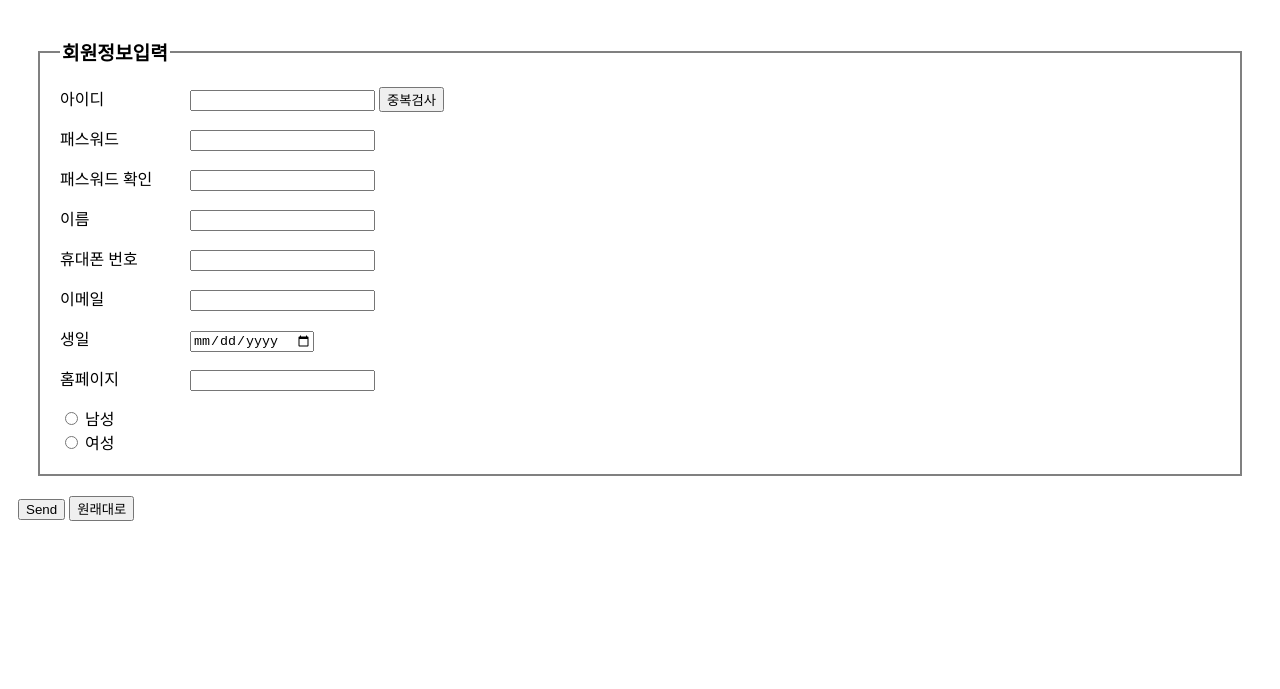
Repository: jeje0130/html
Page: webpro/WebContent/webshop/register.html
An editor plug-in stored every save of this project. The page is shown before and after the next save, followed by the edit.
The browser window is 1280 px wide. The pictures show the whole page.

Above is the page before, as saved 2021-01-13 11:37:00.

After the next save:
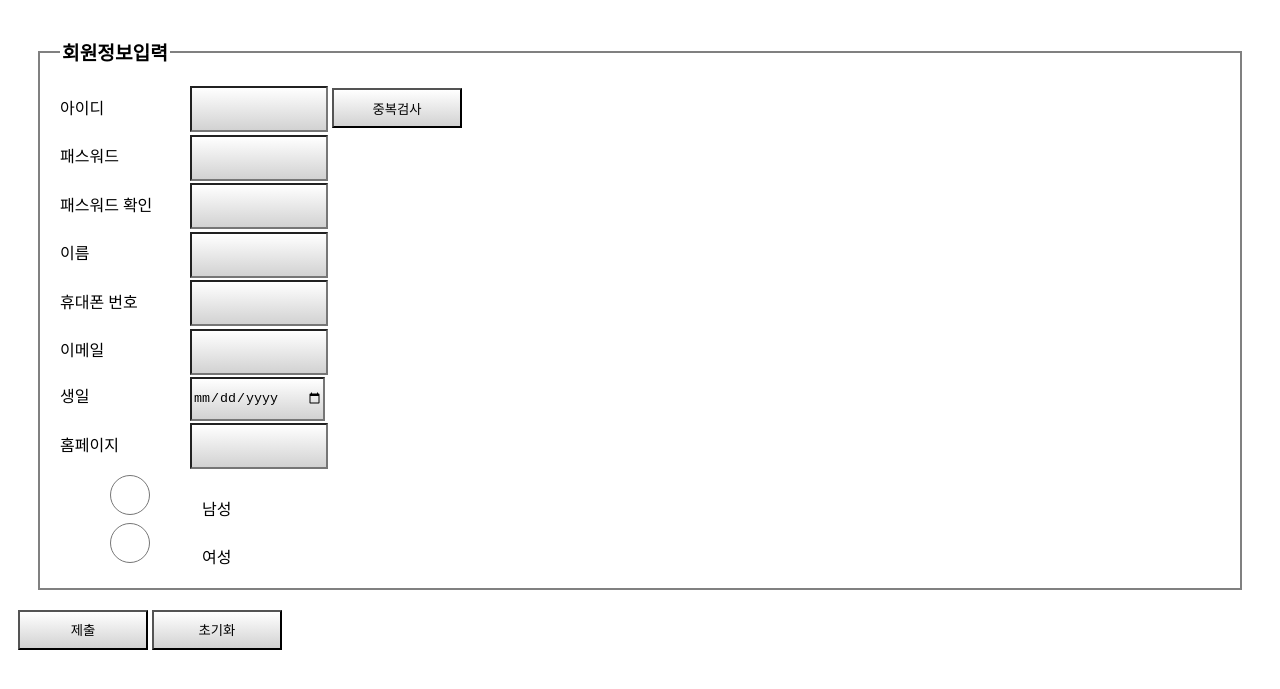
Saved 53 s later.
--- a/webpro/WebContent/webshop/register.html
+++ b/webpro/WebContent/webshop/register.html
@@ -22,6 +22,11 @@
 		font-size : 1.2em;
 		font-weight : bold;
 	}
+	input{
+		background-image: linear-gradient(white, #d2d2d2);
+		width: 130px;
+		height : 40px;
+	}
 </style>
 </head>
 <body>
@@ -40,8 +45,8 @@
     	<input type="radio" name="gender" value="남자">	남성<br>
 		<input type="radio" name="gender" value="여자">	여성<br>
     </fieldset>
-	<input type="submit" value="Send">
-	<input type="reset" value="원래대로">
+	<input type="submit" value="제출">
+	<input type="reset" value="초기화">
 
 </form>
 </body>
